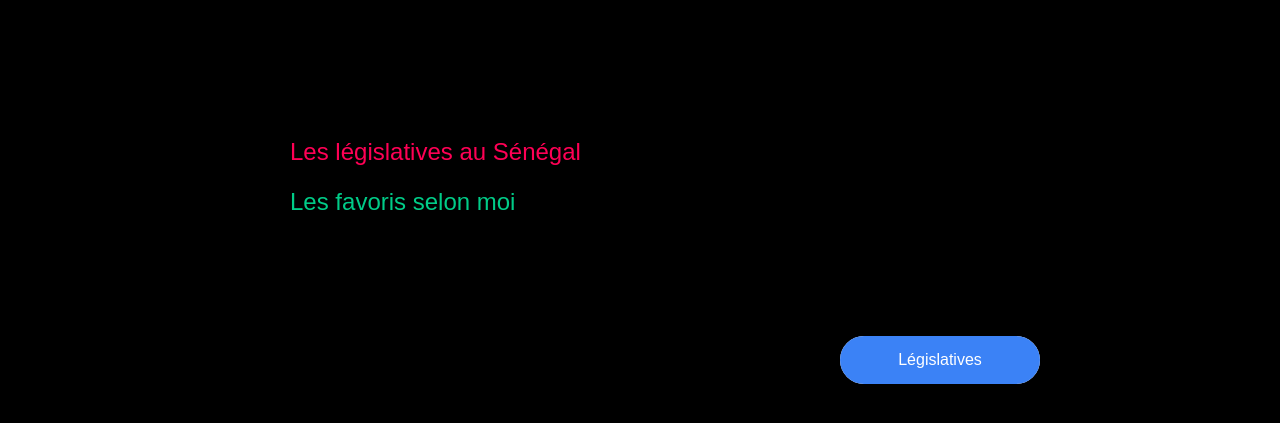
Repository: MDiouf9/legislatives
Page: /
An editor plug-in stored every save of this project. The page is shown before and after the next save, followed by the edit.
The browser window is 1280 px wide. The pictures show the whole page.
The project was rebuilt for these pictures with package versions that can differ from the ones it lists, and the page was loaded fresh each time. The framework's server and built-in components were replaced by stand-ins that run in the browser. Also part of the build but not shown: next.config.ts.

Above is the page before, as saved 2024-10-31 23:26:52.

### src/app/layout.tsx
import type { Metadata } from "next";
import localFont from "next/font/local";
import "./globals.css";


const geistSans = localFont({
  src: "./fonts/GeistVF.woff",
  variable: "--font-geist-sans",
  weight: "100 900",
});
const geistMono = localFont({
  src: "./fonts/GeistMonoVF.woff",
  variable: "--font-geist-mono",
  weight: "100 900",
});

export const metadata: Metadata = {
  title: "Legislatives 2024",
  description: " Pour mettre en avant les legislatives ",
};

export default function RootLayout({
  children,
}: Readonly<{
  children: React.ReactNode;
}>) {
  return (
    <html lang="en">
      <body
        className={`${geistSans.variable} ${geistMono.variable} antialiased`}
      >
        {children}
      </body>
    </html>
  );
}

### src/app/page.tsx
"use client"

import { div } from "framer-motion/client"
import { Boutton } from "./Composants/Boutton"
import Text from "./Composants/Text";


export default function Page() {
  return (


  <div className="flex justify-center items-center min-h-screen">
   <Text/>
   <div className="max-w-md ">
   {/* <button
  type="button"
  className="text-white bg-gradient-to-r from-green-600 via-yellow-500 to-red-600 hover:bg-gradient-to-br focus:ring-4 focus:outline-none focus:ring-yellow-300 dark:focus:ring-yellow-800 shadow-lg shadow-yellow-500/50 dark:shadow-lg dark:shadow-yellow-800/80 font-medium rounded-lg text-sm px-5 py-2.5 text-center me-2 mb-2"
>
  Legislatives

</button> */}
<Boutton/>
   </div>

  </div>
   )
}

### src/app/globals.css
@tailwind base;
@tailwind components;
@tailwind utilities;

/* :root {
  --background: #ffffff;
  --foreground: #171717;
}

@media (prefers-color-scheme: dark) {
  :root {
    --background: #0a0a0a;
    --foreground: #ededed;
  }
} */

body {
  /* color: var(--foreground);*/
  background: black;
  font-family: Arial, Helvetica, sans-serif;
}

### src/app/Composants/Boutton.tsx
import React, { useState } from 'react';
import { AnimatePresence, motion } from 'framer-motion';
import { X } from 'lucide-react';

interface Logo {
  id: number;
  src: string;
  photo: string;
  shadowColor: string; // Ajout de la couleur d'ombre personnalisée
}

const logos: Logo[] = [
  {
    id: 1,
    src: '/pastef.jpg',
    photo: '/soko.jpg',
    shadowColor: 'rgba(59, 130, 246, 0.5)' // Bleu
  },
  {
    id: 2,
    src: '/jame.jpg',
    photo: '/amaba.jpg',
    shadowColor: 'rgba(16, 185, 129, 0.5)' // Vert
  },
  {
    id: 3,
    src: '/samekadu.jpg',
    photo: '/bandit.jpg',
    shadowColor: 'rgba(236, 72, 153, 0.5)' // Rose
  }
];

export const Boutton = () => {
  const [isRevealed, setIsRevealed] = useState(false);
  const [selectedLogo, setSelectedLogo] = useState<Logo | null>(null);

  const containerVariants = {
    initial: { width: '200px', borderRadius: '9999px' },
    revealed: { width: '100%', borderRadius: '16px', transition: { duration: 0.5, ease: 'easeInOut' } }
  };

  const logoVariants = {
    initial: { opacity: 0, x: -20 },
    revealed: { opacity: 1, x: 0, transition: { duration: 0.3 } }
  };

  const imageVariants = {
    initial: {
      opacity: 0,
      scale: 0.9,
      boxShadow: '0 0 0 rgba(0,0,0,0)'
    },
    revealed: {
      opacity: 1,
      scale: 1,
      boxShadow: '0 8px 32px', // L'ombre sera définie dynamiquement
      transition: {
        duration: 0.3,
        boxShadow: { duration: 0.4 }
      }
    },
    exit: {
      opacity: 0,
      scale: 0.9,
      boxShadow: '0 0 0 rgba(0,0,0,0)',
      transition: { duration: 0.2 }
    }
  };

  const toggleRevealed = () => {
    setIsRevealed(!isRevealed);
    setSelectedLogo(null);
  };

  const handleLogoClick = (logo: Logo) => {
    if (selectedLogo?.id === logo.id) {
      setSelectedLogo(null);
    } else {
      setSelectedLogo(logo);
    }
  };

  return (
    <div className="relative flex flex-col gap-4">
      <AnimatePresence mode="wait">
        {selectedLogo && (
          <motion.div
            key={selectedLogo.id}
            initial="initial"
            animate="revealed"
            exit="exit"
            variants={imageVariants}
            style={{
              boxShadow: `0 8px 32px ${selectedLogo.shadowColor}`
            }}
            className="w-full rounded-lg overflow-hidden"
          >
            <motion.img
              src={selectedLogo.photo}
              alt="Selected logo"
              className="w-full h-48 object-cover"
              layoutId={`photo-${selectedLogo.id}`}
            />
          </motion.div>
        )}
      </AnimatePresence>

      <motion.div
        className='bg-white shadow-lg rounded-full overflow-hidden'
        initial="initial"
        animate={isRevealed ? 'revealed' : 'initial'}
        variants={containerVariants}
      >
        {!isRevealed ? (
          <motion.button
            onClick={toggleRevealed}
            className="px-6 py-3 bg-blue-500 text-white w-full flex items-center justify-center"
            whileHover={{ scale: 1.05 }}
            whileTap={{ scale: 0.95 }}
          >
            Législatives
          </motion.button>
        ) : (
          <motion.div
            className='flex items-center space-x-4 p-4'
            initial="initial"
            animate="revealed"
            variants={logoVariants}
          >
            {logos.map((logo) => (
              <motion.div
                key={logo.id}
                onClick={() => handleLogoClick(logo)}
                className={`relative cursor-pointer transition-transform duration-200 ${
                  selectedLogo?.id === logo.id ? 'scale-110' : ''
                }`}
                whileHover={{ scale: 1.05 }}
                whileTap={{ scale: 0.95 }}
              >
                <motion.div
                  className="rounded-full"
                  style={{
                    boxShadow: selectedLogo?.id === logo.id
                      ? `0 0 12px ${logo.shadowColor}`
                      : 'none'
                  }}
                >
                  <img
                    src={logo.src}
                    alt="logo parties"
                    className='w-10 h-10 rounded-full object-cover'
                  />
                </motion.div>
              </motion.div>
            ))}
            <motion.button
              onClick={toggleRevealed}
              className="ml-auto bg-red-500 text-white p-2 rounded-full"
              whileHover={{ scale: 1.1 }}
              whileTap={{ scale: 0.95 }}
            >
              <X />
            </motion.button>
          </motion.div>
        )}
      </motion.div>
    </div>
  );
};

### src/app/Composants/Text.tsx
import React from "react";
import { motion, Variants } from "framer-motion";

// Définition des propriétés du composant AnimatedText
interface AnimatedTextProps {
  text: string;
  x: number;
  y: number;
  fontSize?: number;
  fill?: string;
  delay: number;
}

// Variants pour l'animation du texte
const drawText: Variants = {
  hidden: { opacity: 0 },
  visible: (custom: number) => ({
    opacity: 1,
    transition: {
      opacity: { delay: custom, duration: 0.5 },
    },
  }),
};

// Composant AnimatedText avec les props typées
const AnimatedText: React.FC<AnimatedTextProps> = ({ text, x, y, fontSize = 24, fill = "#000", delay }) => (
  <motion.text
    x={x}
    y={y}
    fontSize={fontSize}
    fill={fill}
    variants={drawText}
    custom={delay}
    initial="hidden"
    animate="visible"
  >
    {text}
  </motion.text>
);

// Composant principal Text
const Text: React.FC = () => {
  return (
    <motion.svg
      width="600"
      height="600"
      viewBox="0 0 600 600"
      initial="hidden"
      animate="visible"
    >
      {/* Texte animé : "Les législatives au Sénégal" */}
      <AnimatedText
        text="Les législatives au Sénégal"
        x={50}
        y={100}
        fontSize={24}
        fill="#ff0055"
        delay={1}
      />

      {/* Texte animé : "Les favoris selon moi" */}
      <AnimatedText
        text="Les favoris selon moi"
        x={50}
        y={150}
        fontSize={24}
        fill="#00cc88"
        delay={1.5}
      />
    </motion.svg>
  );
};

export default Text;

Loaded but not shown: tailwind.config.ts (common file)

After the next save:
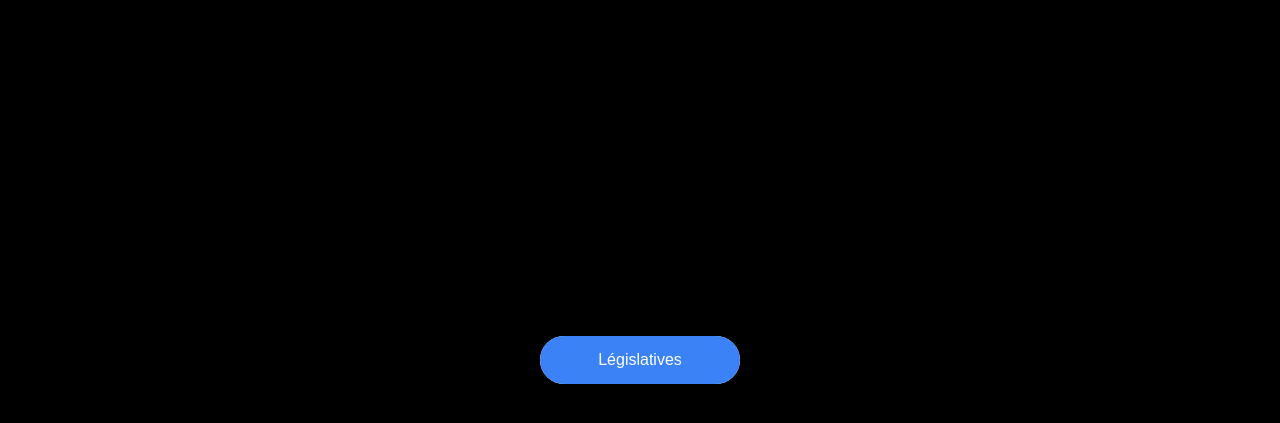
Saved 4 s later.
--- a/src/app/page.tsx
+++ b/src/app/page.tsx
@@ -10,7 +10,7 @@
 
 
   <div className="flex justify-center items-center min-h-screen">
-   <Text/>
+
    <div className="max-w-md ">
    {/* <button
   type="button"
